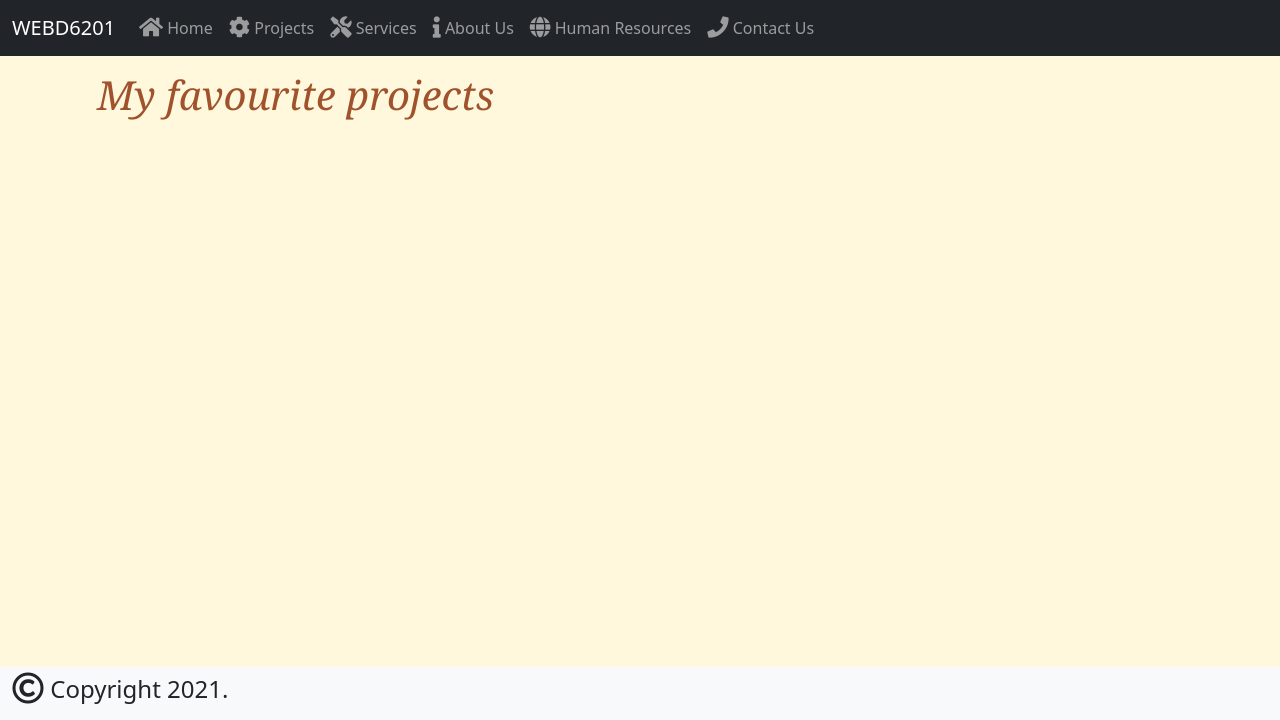
Repository: YiuWingLau/WEBD6201-W2021-Lab1
Page: projects.html
The author's editor kept a copy of each file at every save. The page is drawn from the files as they stood at one save, then again after the next save.
The browser window is 1280 px wide. The pictures show the whole page.

Above is the page before, as saved 2021-02-04 19:25:54.

### projects.html
<!DOCTYPE html>
<html lang="en">
<head>
    <meta charset="UTF-8">
    <meta name="viewport" content="width=device-width, initial-scale=1.0">
    <title>Projects</title>

    <!--CSS Section -->
    <link rel="stylesheet" href="./node_modules/bootstrap/dist/css/bootstrap.min.css">
    <link rel="stylesheet" href="./node_modules/@fortawesome//fontawesome-free/css/all.min.css">
    <link rel="stylesheet" href="./Content/app.css">
</head>
<body>
    <!-- Main Header-->
    <header>
      <!-- Main Navigation-->
      <nav class="navbar navbar-expand-lg navbar-dark bg-dark">
          <div class="container-fluid">
            <a class="navbar-brand" href="index.html">WEBD6201</a>
            <button class="navbar-toggler" type="button" data-bs-toggle="collapse" data-bs-target="#navbarSupportedContent" aria-controls="navbarSupportedContent" aria-expanded="false" aria-label="Toggle navigation">
              <span class="navbar-toggler-icon"></span>
            </button>
            <div class="collapse navbar-collapse" id="navbarSupportedContent">
              <ul class="navbar-nav me-auto mb-2 mb-lg-0">

                <li id="navBarIndex" class="nav-item">
                  <a class="nav-link" aria-current="page" href="index.html"><i class="fas fa-home fa-lg"></i> Home</a>
                </li>

                <li id="navBarProjects" class="nav-item">
                  <a class="nav-link active" aria-current="page" href="products.html"><i class="fas fa-cog fa-lg"></i> Products</a>
                </li>

                <li id="navBarServices" class="nav-item">
                  <a class="nav-link" aria-current="page" href="services.html"><i class="fas fa-tools fa-lg"></i> Services</a>
                </li>

                <li id="navBarAboutUs" class="nav-item">
                  <a class="nav-link" aria-current="page" href="about.html"><i class="fas fa-info fa-lg"></i> About Us</a>
                </li>

                <li id="navBarContactUs" class="nav-item">
                  <a class="nav-link" aria-current="page" href="contact.html"><i class="fas fa-phone fa-lg"></i> Contact Us</a>
                </li>

              </ul>
            </div>
          </div>
      </nav>
    </header>
    <!-- Main Content -->
    <main class="container">
    </main>

    <!-- Main Footer -->
    <footer>
        <nav class="navbar fixed-bottom navbar-light bg-light">
            <div class="container-fluid">
              <h4><i class="far fa-copyright fa-lg"></i> Copyright 2021.</a></h4>
            </div>
        </nav>
    </footer>
    <!-- JavaScript Section -->
    <script src="./node_modules/jquery/dist/jquery.min.js"></script>
    <script src="./node_modules/bootstrap/dist/js/bootstrap.bundle.min.js"></script>
    <script src="./Scripts/app.js"></script>
</body>
</html>

### Content/app.css
h1 {
    padding: 15px;
    color: sienna;
    font-family: Cambria, Cochin, Georgia, Times, 'Times New Roman', serif;
    font-style: italic;
}

p {
    padding: 15px;
    color: blue;
    font-family:Cambria, Cochin, Georgia, Times, 'Times New Roman', serif;
    font-style: italic;
    font-size: 25px;
    text-align: justify;
}

body {
    background-color: cornsilk;
}

#homePicture {
    width: 1000px;
    height: 600px;
}

### Scripts/app.js
/* custom JavaScript goes here */

//IIFE - Immediately Invoked Function Expression
//AKA - Anonymous Self-Executing Function
//Closure - limits scope leak

"use strict";

(function()
{
    function displayHome()
    {
      // create heading element
      let homeHeading = document.createElement("h1");
      // configure the element
      homeHeading.setAttribute("id", "homeHeading");
      homeHeading.textContent = "Welcome to WEBD6201";
      // select the parent element
      let mainContent = document.getElementsByTagName("main")[0];
      // Add / Insert the element
      mainContent.appendChild(homeHeading);

      // inject the background image to the home pageinject the background image to the home page
        let myhomebackground = document.createElement("img");
        myhomebackground.setAttribute("id", "homePicture");
        myhomebackground.setAttribute("src", "./images/homepagebackground.jpg");
        myhomebackground.setAttribute("alt", "Computer Programmer");
        mainContent.appendChild(myhomebackground);

        // inject the first paragraph to the home page
        let newParagraph = document.createElement("p");
        newParagraph.setAttribute("id", "paragraphTwo");
        newParagraph.textContent = "We provide the best programming service for you...";
        mainContent.appendChild(newParagraph);
    }

    function displayAbout()
    {
        //create new element Human Resources
        let myPicture = document.createElement("img");
        myPicture.setAttribute("id", "myImage");
        myPicture.setAttribute("src", "./images/img_me.jpg");
        myPicture.setAttribute("alt", "Nelson Lau");
        myPicture.setAttribute("width", "192");
        myPicture.setAttribute("height", "108");

        // Step 1. document.createElement
        let ParagraphOne = document.createElement("p");
        // Step 2. configure the element
        ParagraphOne.setAttribute("id", "myIntroduction");
        ParagraphOne.textContent = "Here are my favourite projects.";
        // Step 3. select the parent element
        let mainContent = document.getElementsByTagName("main")[0];
        mainContent.appendChild(myPicture);
        // Step 4. Add / Insert the element
        mainContent.appendChild(ParagraphOne);
        ParagraphOne.className = "fs-lg";

    }

    function displayProjects()
    {
      // create and add heading to Projects page
      let projectHeading = document.createElement("h1");
      projectHeading.setAttribute("id", "projectHeading");
      projectHeading.textContent = "My favourite projects";
      let mainContent = document.getElementsByTagName("main")[0];
      mainContent.appendChild(projectHeading);


      // creat / add my 3 favorite projects: image & text
      let projectDetaildiv = document.createElement("div");
      projectDetaildiv.setAttribute("class", "container");
      // first favorite project detail
      let projectOne = document.createElement("div");
      projectOne.setAttribute("class", "row");
      projectOne.setAttribute("id", "projectOne");



      let projectParagraphOne = document.createElement("p");
        // Step 2. configure the element
        //newParagraph.setAttribute("id", "myprojects");
        //newParagraph.textContent = "Here are my famourite projects.";
        // Step 3. select the parent element
       // let mainContent = document.getElementsByTagName("main")[0];
        // Step 4. Add / Insert the element
       // mainContent.appendChild(newParagraph);
       // newParagraph.className = "fs-12";
    }

    function displayHumanResources()
    {

    }

    function displayServices()
    {

        // another way of injecting content
        let paragraphDiv = document.createElement("div");
        let paragraphThree = `<p id="paragraphThree" class="fs-7 fw-bold">And this is the Third Paragraph</p>`;
        paragraphDiv.innerHTML = paragraphThree;

        // insertions

        // example of inserting before a node
        // newParagraph.before(paragraphDiv);

        // example of inserting after a node
        newParagraph.after(paragraphDiv);

        // deletions

        // example of removing a single element
        //paragraphOneElement.remove();

        // example of removeChild
       // mainContent.removeChild(paragraphOneElement);
        // update / modification
        //mainContent.firstElementChild.textContent = "Welcome Home!";
    }

    function displayContact()
    {
        let messageArea = document.getElementById("messageArea");
        messageArea.hidden = true;

        // form validation
        let fullName = document.getElementById("fullName");
        fullName.addEventListener("blur", function() {
            if(fullName.value.length < 2)
            {
                fullName.focus();
                fullName.select();
                messageArea.hidden = false;
                messageArea.className = "alert alert-danger";
                messageArea.textContent = "Please enter an appropriate Name";
            }
            else
            {
                messageArea.removeAttribute("class");
                messageArea.hidden = true;
            }
        });

        let sendButton = document.getElementById("sendButton");
        sendButton.addEventListener("click", function(event){
            //event.preventDefault();

            let contact = new Contact(fullName.value, contactNumber.value, emailAddress.value);

            if(contact.serialize())
            {
              localStorage.setItem((localStorage.length + 1).toString(), contact.serialize());
            }

        });
    }

    function displayContactList()
    {
      if (localStorage.length > 0)
      {
        let contactList = document.getElementById("contactList");

        let data = "";

        for (let index = 0; index < localStorage.length; index++)
        {
          let contactData = localStorage.getItem((index + 1).toString());

          let contact = new Contact();
          contact.deserialize(contactData);

          data += `<tr>
          <th scope="row">${index + 1}</th>
          <td>${contact.FullName}</td>
          <td>${contact.ContactNumber}</td>
          <td>${contact.EmailAddress}</td>
        </tr>`;
        }

        contactList.innerHTML = data;
      }
    }

    // function to correct the wrong link and text content in navigation bar
    function changeNavBarName()
    {
        let navName = document.getElementById("navBarProjects");
        navName.innerHTML = `<a class='nav-link' aria-current='page' href='projects.html'><i class="fas fa-cog fa-lg"></i> Projects</a>`;
    }

    // function to add Human Resource element to Nav Bar between About Us and Contact Us
    function addNewNavBarElement()
    {
        //create new element Human Resources
        let newListElement = document.createElement("li");
        newListElement.setAttribute("id", "navBarHumanResources");
        newListElement.setAttribute("class", "nav-item");
        newListElement.innerHTML = `<a class='nav-link' aria-current='page' href='Human-Resources.html'><i class="fas fa-globe fa-lg"></i> Human Resources</a>`;
        // append new element after About Us
        let aboutUsListElement = document.getElementById("navBarAboutUs");
        aboutUsListElement.after(newListElement);
    }

    function Start()
    {
        console.log("App Started...");

        changeNavBarName();

        addNewNavBarElement();

        switch (document.title)
        {
          case "Home":
              displayHome();
            break;
          case "About":
              displayAbout();
            break;
          case "Projects":
              displayProjects();
            break;
          case "Human Resources":
              displayHumanResources();
            break;
          case "Services":
              displayServices();
            break;
          case "Contact":
              displayContact();
            break;
          case "Contact-List":
            displayContactList();
          break;
        }

    }

    window.addEventListener("load", Start);

})();

Loaded but not shown: node_modules/bootstrap/dist/css/bootstrap.min.css (library); node_modules/@fortawesome/fontawesome-free/css/all.min.css (library); node_modules/jquery/dist/jquery.min.js (library); node_modules/bootstrap/dist/js/bootstrap.bundle.min.js (library)

After the next save:
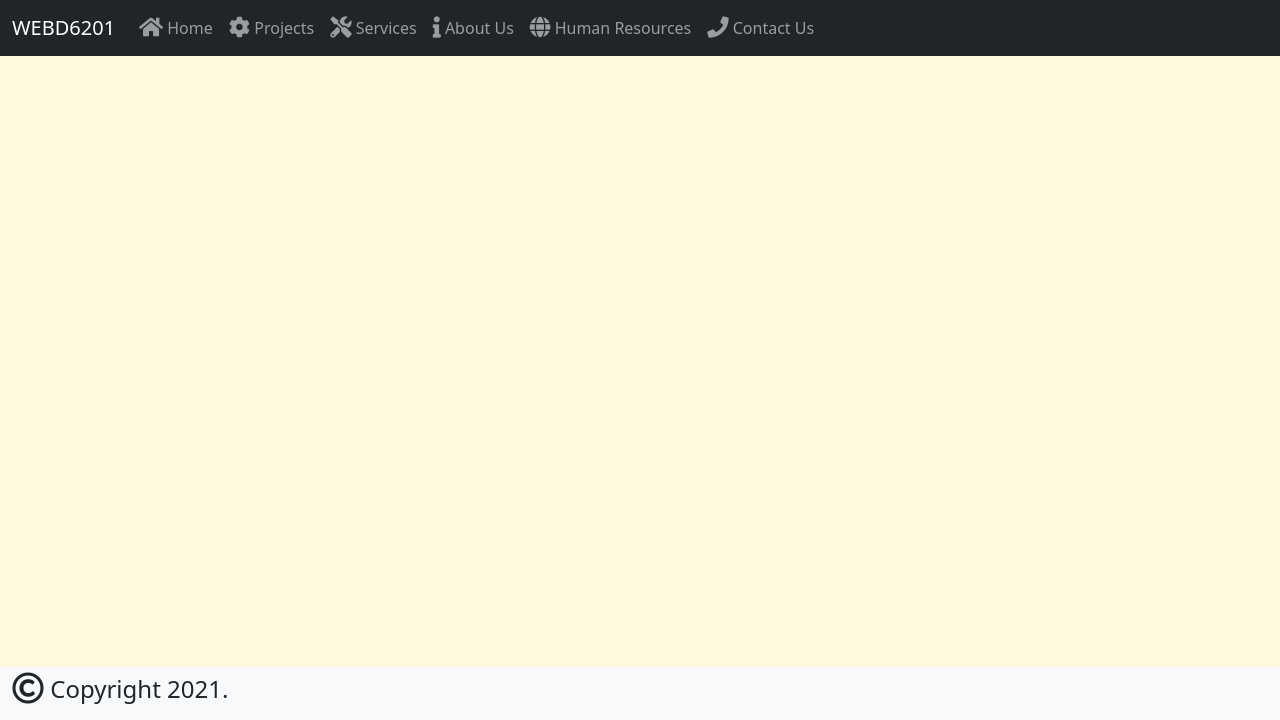
Console error: TypeError: Failed to execute 'appendChild' on 'Node': parameter 1 is not of type 'Node'.
Saved 27 min 8 s later.
--- a/Scripts/app.js
+++ b/Scripts/app.js
@@ -61,24 +61,27 @@
     function displayProjects()
     {
       // create and add heading to Projects page
-      let projectHeading = document.createElement("h1");
-      projectHeading.setAttribute("id", "projectHeading");
-      projectHeading.textContent = "My favourite projects";
+      let projectHeading = `<h1 id = "projectHeading"> My favourite projects</h1>`;
       let mainContent = document.getElementsByTagName("main")[0];
       mainContent.appendChild(projectHeading);
 
 
-      // creat / add my 3 favorite projects: image & text
-      let projectDetaildiv = document.createElement("div");
-      projectDetaildiv.setAttribute("class", "container");
-      // first favorite project detail
-      let projectOne = document.createElement("div");
-      projectOne.setAttribute("class", "row");
-      projectOne.setAttribute("id", "projectOne");
-
-
-
-      let projectParagraphOne = document.createElement("p");
+      // create favorite projects element div tag
+      let project = document.createElement("div");
+      project.setAttribute("class", "container");
+      project.setAttribute("id", "project");
+      mainContent.after(project);
+
+      // create & insert first favorite project detail
+      let projectOne = `<div class="row"><div class="col-4"> My favourite projects</div><div class="col-8"> My favourite projects</div></div>`;
+
+
+      let projectContent = document.getElementsByTagName("project")[0];
+      projectContent.appendChild(projectOne);
+
+
+
+      //let projectParagraphOne = document.createElement("p");
         // Step 2. configure the element
         //newParagraph.setAttribute("id", "myprojects");
         //newParagraph.textContent = "Here are my famourite projects.";
